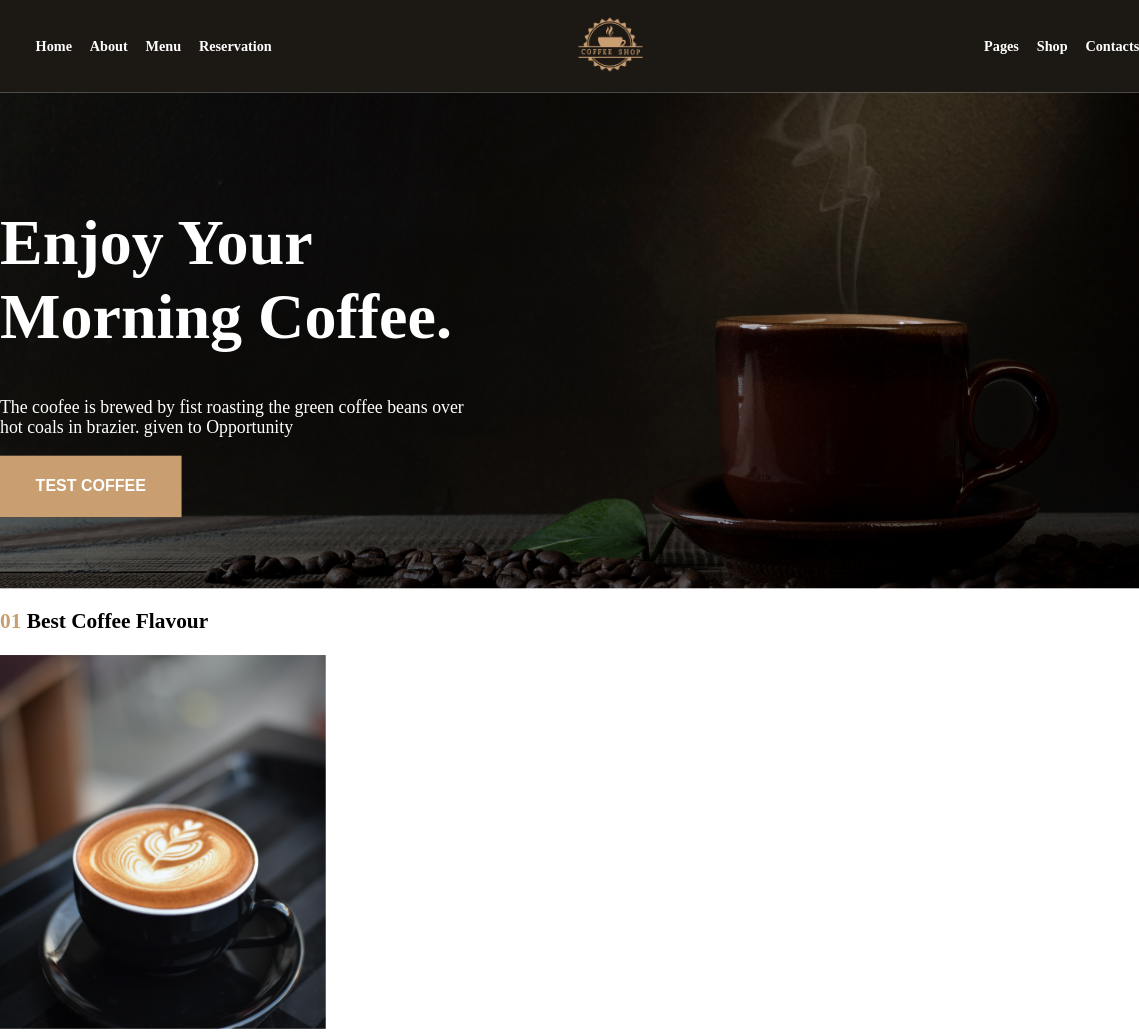
Repository: SitoraRashidova/CoffeShop_Figma
Page: /
The author's editor kept a copy of each file at every save. The page is drawn from the files as they stood at one save, then again after a run of saves.
The browser window is 1280 px wide. The pictures show the whole page, at 89% of full size.
The project was rebuilt for these pictures with package versions that can differ from the ones it lists, and the page was loaded fresh each time. Also part of the build but not shown: vite.config.js.

Above is the page before, as saved 2024-11-24 23:37:33.

### src/index.css
/* :root {
  font-family: Inter, system-ui, Avenir, Helvetica, Arial, sans-serif;
  line-height: 1.5;
  font-weight: 400;

  color-scheme: light dark;
  color: rgba(255, 255, 255, 0.87);
  background-color: #242424;

  font-synthesis: none;
  text-rendering: optimizeLegibility;
  -webkit-font-smoothing: antialiased;
  -moz-osx-font-smoothing: grayscale;
} */

body{
  margin: 0;
}

*{
  box-sizing: border-box;
}


.container {
  width: 100%;
  max-width: 1296px;
  margin: 0 auto;
}

/* Header uchun style */

.header{
  background-color: #1C1814;
  padding: 20px 0;
}

.header-wrapper{
  display: flex;
  align-items: center;
  justify-content: space-between;
}

.nav-list{
  display: flex;
  align-items: center;
  justify-content: space-between;
  gap: 20px;
}

.nav-list__item{
  list-style: none;
}

.nav-list__item-link{
  color: white;
  text-decoration: none;
  font-weight: 600;
}

/* Hero uchun style */

.hero{
  width: 100%;
  height: auto;
  background-image: url('./assets/hero-logo.png');
  background-size: cover;
  background-repeat: no-repeat;
}

.hero-content{
  width: 100%;
  max-width: 529px;
  padding: 80px 0;
}

.hero-content__title{
  font-size: 72px;
  color: #fff;
}

.hero-content__desc{
  font-size: 20px;
  color: #fff;
}

.hero-btn{
  padding: 24px 40px;
  font-weight: 700;
  font-size: 18px;
  border: none;
  background-color: #C99E71;
  color: #fff;
}

/* type Coffee uchun style */

.type-coffee{
  display: grid;
  grid-template-columns: 1fr 1fr 1fr;
}

.type-coffee__title{
   font-size: 24px;
}

.type-coffee__title b{
  color: #C99E71;
}

.type-coffee_image{
  width: 366px;
  height: 420px;
}

### src/App.jsx
import "./App.css";
import Header from "./components/header";
import Hero from "./components/hero";
import TypeCofee from "./components/type-coffee";

function App() {
  return (
    <>
      <Header />
      <Hero />
      <TypeCofee />
    </>
  );
}

export default App;

### src/App.css
*{
  box-sizing: border-box;
}

/* Header uchun style */

.container {
  width: 100%;
  max-width: 1296px;
  margin: 0 auto;
}

### src/components/header.jsx
import Logo from "../assets/Logo.png";

const Header = () => {
  return (
    <header className="header">
      <div className="container">
        <div className="header-wrapper">
          <nav>
            <ul className="nav-list">
              <li className="nav-list__item">
                <a className="nav-list__item-link" href="/home">
                  Home
                </a>
              </li>
              <li className="nav-list__item">
                <a className="nav-list__item-link" href="/about">
                  About
                </a>
              </li>
              <li className="nav-list__item">
                <a className="nav-list__item-link" href="/menu">
                  Menu
                </a>
              </li>
              <li className="nav-list__item">
                <a className="nav-list__item-link" href="/Reservation">
                  Reservation
                </a>
              </li>
            </ul>
          </nav>
          <div>
            <img src={Logo} alt="web site logo" />
          </div>
          <nav>
            <ul className="nav-list">
              <li className="nav-list__item">
                <a className="nav-list__item-link" href="/home">
                  Pages
                </a>
              </li>
              <li className="nav-list__item">
                <a className="nav-list__item-link" href="/about">
                  Shop
                </a>
              </li>
              <li className="nav-list__item">
                <a className="nav-list__item-link" href="/menu">
                  Contacts
                </a>
              </li>
            </ul>
          </nav>
        </div>
      </div>
    </header>
  );
};

export default Header;

### src/components/hero.jsx


const Hero = () => {
  return (
    <div className="hero">
        <div className="container">
           <div className="hero-content">
            <h1 className="hero-content__title">Enjoy Your
            Morning Coffee.</h1>
            <p className="hero-content__desc">The coofee is brewed by fist roasting the green coffee beans over hot coals in brazier. given to Opportunity</p>
            <button className="hero-btn">TEST COFFEE</button>
           </div>
        </div>
    </div>
  )
}

export default Hero

### src/components/type-coffee.jsx
import CoffeeImage from '../assets/coffee-one.png'


const TypeCofee = () => {
  return (
    <div className="container">
        <div className="type-coffee">
            <div>
                <h3 className='type-coffee__title'><b className=''>01</b> Best Coffee Flavour</h3>
                <img className='type-coffee_image' src={CoffeeImage} alt="Best Coffee Flavour" />
            </div>
        </div>
    </div>
  )
}

export default TypeCofee

Loaded but not shown: index.html (common file); src/main.jsx (common file)

After the next 3 saves:
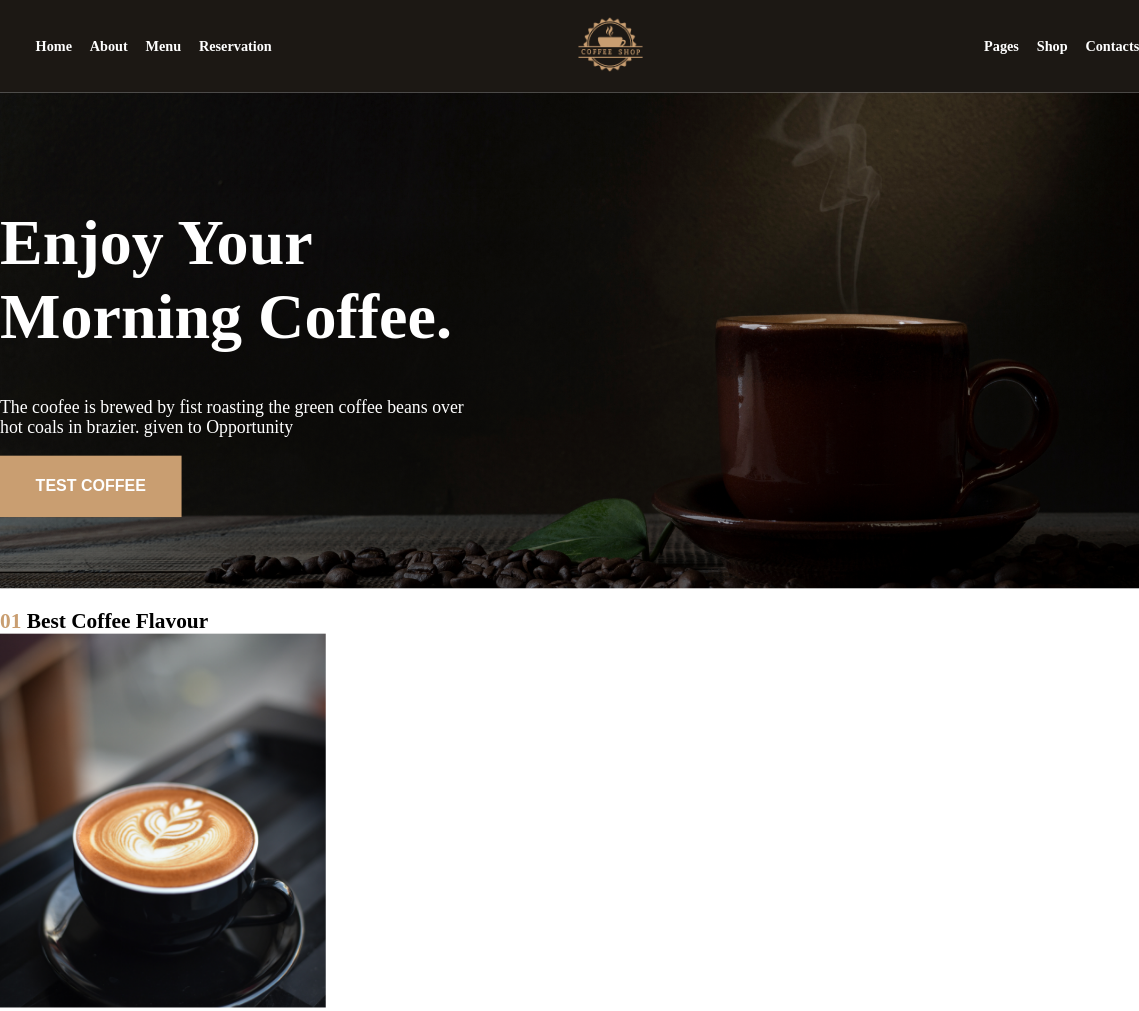
The 3 saves are shown as one change because they came seconds apart.
The last was saved 15 s later.
--- a/src/index.css
+++ b/src/index.css
@@ -102,6 +102,7 @@ body{
 
 .type-coffee__title{
    font-size: 24px;
+   margin-bottom: 0;
 }
 
 .type-coffee__title b{
